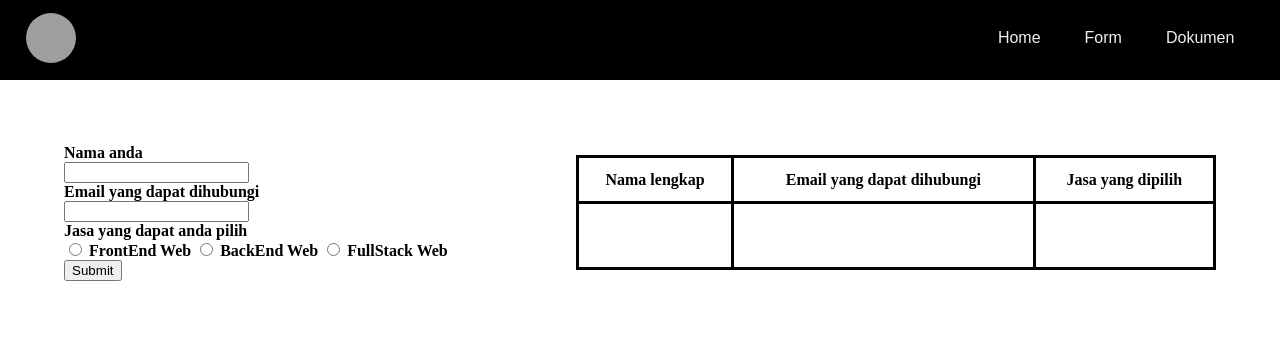
Repository: zecht12/TimModul
Page: TimModul.html
The author's editor kept a copy of each file at every save. The page is drawn from the files as they stood at one save, then again after the next save.
The browser window is 1280 px wide. The pictures show the whole page.
Pictures or frames that could not be fetched are drawn as grey boxes.

Above is the page before, as saved 2023-03-14 13:34:40.

### TimModul.html
<!DOCTYPE html>
<html lang="en">
<head>
    <meta charset="UTF-8">
    <meta http-equiv="X-UA-Compatible" content="IE=edge">
    <meta name="viewport" content="width=device-width, initial-scale=1.0">
    <link rel="stylesheet" href="style.css">
    <title>Jasa Coding</title>
</head>
<body>
    <div style="height: 80px; width: 100%; background-color: black;">
        <header>
            <img src="./assets/wallpaper.jpg" alt="Image" style="height: 50px; width: 50px; border-radius: 100%;" >
            <ul class="nav_links">
                <li><a href="#">Home</a></li>
                <li><a href="#">Form</a></li>
                <li><a href="#">Dokumen</a></li>
            </ul>
        </headers>
    </div>
    <div class="forms">
        <form>
            <label for="Nama" class="Labelnama">Nama anda</label><br>
            <input type="text" id="Nama" name="Nama" class="Nama"><br>

            <label for="Email" class="Labelemail">Email yang dapat dihubungi</label><br>
            <input type="text" id="Email" name="Email" class="Email"><br>

            <label for="Pilihan" class="Pilihan">Jasa yang dapat anda pilih</label><br>
            <input type="radio" id="FrontEnd" name="fav_language" value="FrontEnd">
            <label for="FrontEnd">FrontEnd Web</label>

            <input type="radio" id="BackEnd" name="fav_language" value="BackEnd">
            <label for="BackEnd">BackEnd Web</label>

            <input type="radio" id="FullStack" name="fav_language" value="FullStack">
            <label for="FullStack">FullStack Web</label><br>

            <input type="submit" value="Submit" class="Button">
        </form>
        <table style="width: 50%; border-collapse: collapse;">
            <tr>
                <th>Nama lengkap</th>
                <th>Email yang dapat dihubungi</th>
                <th>Jasa yang dipilih</th>
            </tr>
            <tr>
                <td></td>
                <td></td>
                <td></td>
            </tr>
        </table>
    </div>
</body>
</html>

### style.css
body{
    height: auto;
    width: 100%;
    margin: auto;
    padding: auto;
}
header{
    display: flex;
    align-items: center;
    justify-content: space-between;
    padding-left: 2%;
    padding-right: 2%;
    padding-top: 1%;
}
li, a, button{
    font-family: "Montserrat", sans-serif;
    font-size: 16px;
    color: #edf0f1;
    text-decoration: none;
}
.nav_links{
    list-style: none;
}
.nav_links li{
    display: inline-block;
    padding: 0px 20px;
}
.nav_links li a:hover{
    color: #0088a9;
}
.forms{
    height: auto;
    width: 100%;
    display: flex;
    justify-content: space-around;
    align-items: center;
    padding-top: 5%;
}
th{
    height: 30px;
    text-align: center;
    color: black;
    font: bold;
    border-style:solid;
    border-color: black;
    padding: 1%;
}
td{padding: 1%;
    height: 50px;
    text-align: center;
    color: black;
    border-style:solid;
    border-color: black;
}
label {
    color: black;
    font-weight: bold;
    width: 130px;
}
#button {
    padding: 10px;
    border: 1px solid gray;
    background-color:#B4886B;
    border-radius: 5px;
    font: inherit;
}

After the next save:
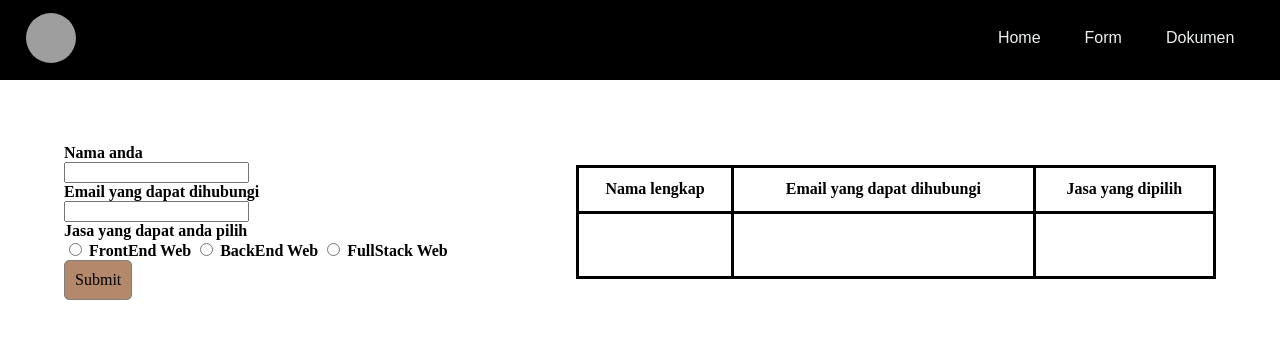
Saved 8 s later.
--- a/style.css
+++ b/style.css
@@ -57,7 +57,7 @@ label {
     font-weight: bold;
     width: 130px;
 }
-#button {
+.Button {
     padding: 10px;
     border: 1px solid gray;
     background-color:#B4886B;
